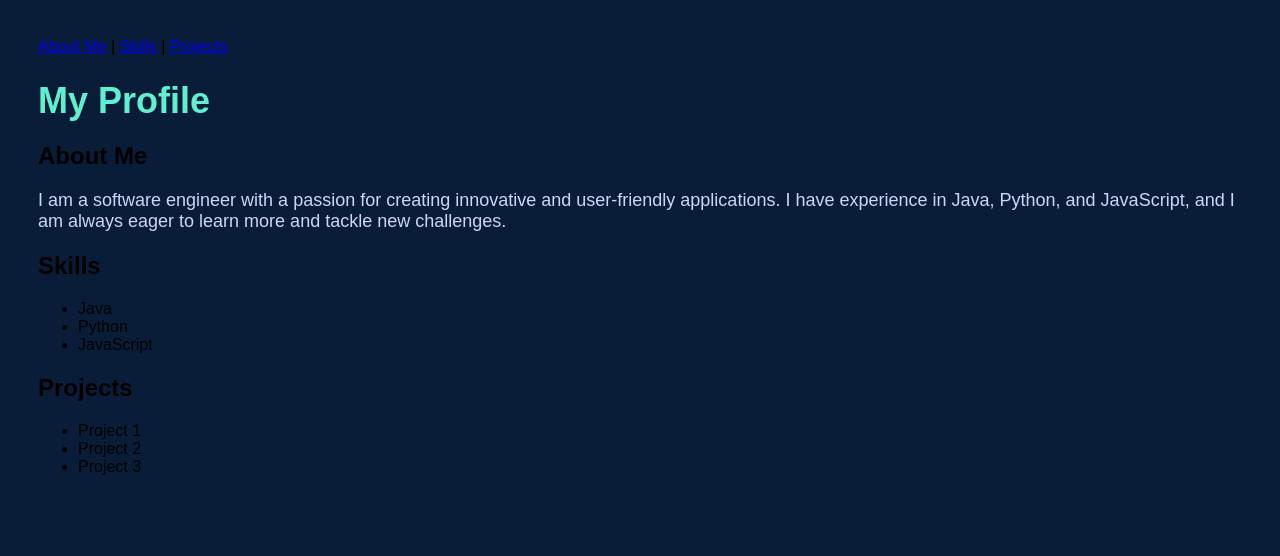
Repository: aoineco/portfolio
Page: index.html
These files come from the project's save history. The page is drawn as it stood at one moment and after the next save; the edit follows.
The browser window is 1280 px wide. The pictures show the whole page.

Above is the page before, as saved 2023-02-10 10:54:36.

After the next save:
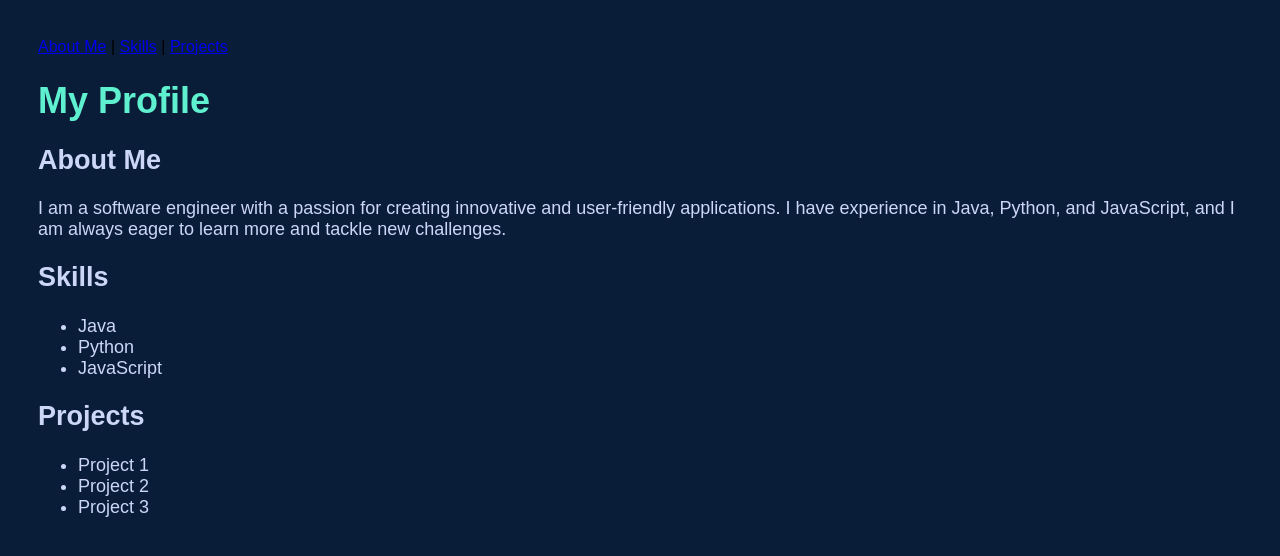
Saved 49 s later.
--- a/style.css
+++ b/style.css
@@ -9,7 +9,7 @@ h1 {
     color: #5ff0d0;
 
 }
-p {
+section {
     font-size: 18px;
     margin-bottom: 20px;
     color: #ccd6f6;
